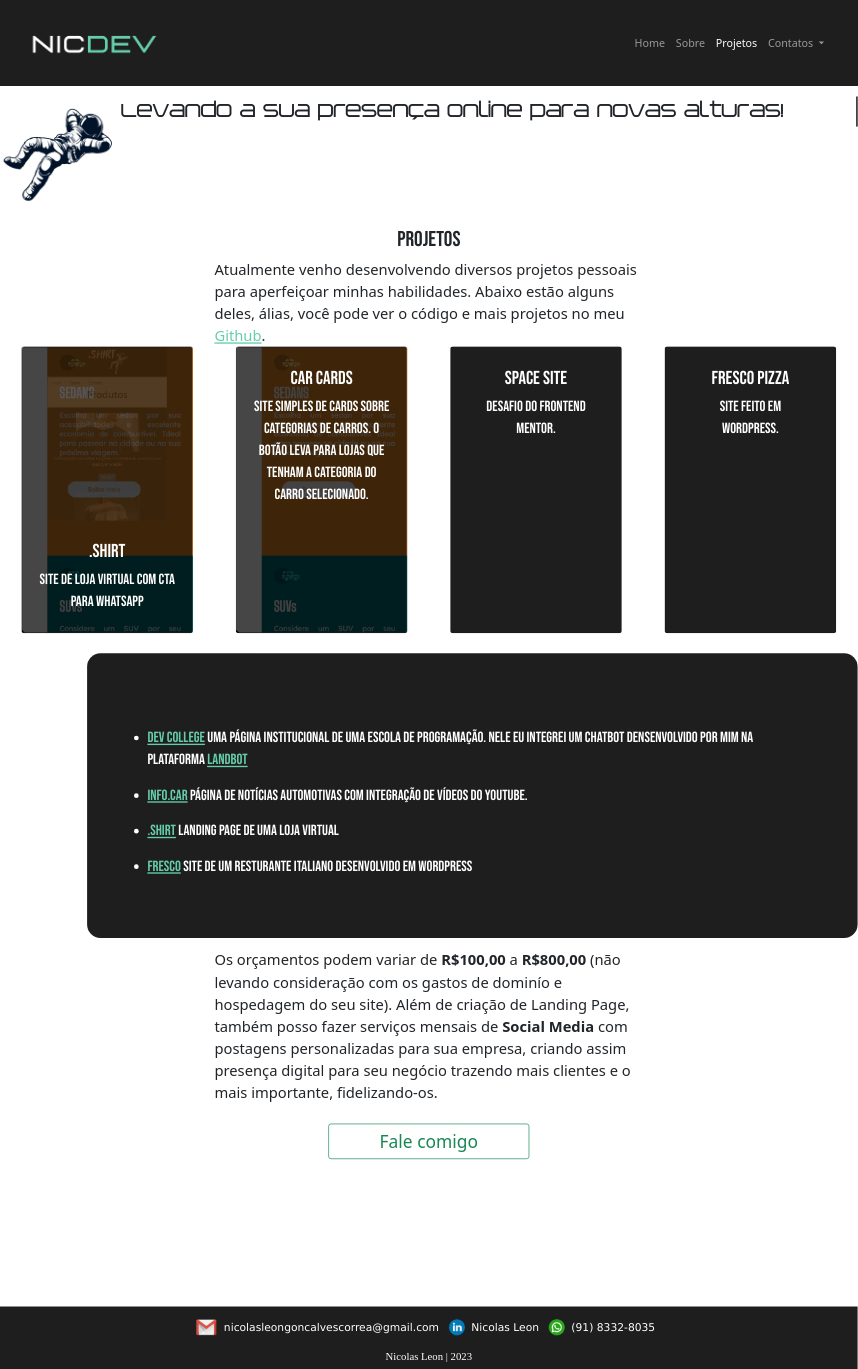
Repository: Leonngc/nicdev
Page: projects.html
An editor plug-in stored every save of this project. The page is shown before and after a run of saves, followed by the edit.
The browser window is 1280 px wide. The pictures show the whole page, at 67% of full size.

Above is the page before, as saved 2023-06-04 23:09:53.

### projects.html
<!DOCTYPE html>
<html lang="pt-br">
  <head>
    <meta charset="UTF-8" />
    <meta http-equiv="X-UA-Compatible" content="IE=edge" />
    <meta name="viewport" content="width=device-width, initial-scale=1.0" />
    <title>nicdev - Projetos</title>
    <!-- Google tag (gtag.js) -->
<script async src="https://www.googletagmanager.com/gtag/js?id=G-E2XWESC90Y"></script>
<script>
  window.dataLayer = window.dataLayer || [];
  function gtag(){dataLayer.push(arguments);}
  gtag('js', new Date());

  gtag('config', 'G-E2XWESC90Y');
</script>
    <link
      href="https://cdn.jsdelivr.net/npm/bootstrap@5.0.2/dist/css/bootstrap.min.css"
      rel="stylesheet"
      integrity="sha384-EVSTQN3/azprG1Anm3QDgpJLIm9Nao0Yz1ztcQTwFspd3yD65VohhpuuCOmLASjC"
      crossorigin="anonymous"
    />

    <link rel="stylesheet" href="styles/scrollbar.css" />
    <link rel="stylesheet" href="styles/footer.css" />
    <link rel="stylesheet" href="styles/projects.css"/>
    ">
  </head>
  <body>
    <header style="background-color: #1e1e1e; padding: 30px" class="fixed-top">
      <nav class="navbar navbar-expand-lg navbar-dark">
        <div class="container-fluid">
          <a class="navbar-brand" href="index.html"
            ><img
              src="images/nicdev-logo.png"
              alt="logo da NicDev"
              style="width: 200px"
          /></a>
          <button
            class="navbar-toggler"
            type="button"
            data-bs-toggle="collapse"
            data-bs-target="#navbarNavDropdown"
            aria-controls="navbarNavDropdown"
            aria-expanded="false"
            aria-label="Toggle navigation"
          >
            <span class="navbar-toggler-icon"></span>
          </button>
          <div
            class="collapse navbar-collapse justify-content-end"
            id="navbarNavDropdown"
          >
            <ul class="navbar-nav">
              <li class="nav-item">
                <a class="nav-link" href="index.html" target="_parent">Home</a>
              </li>
              <li class="nav-item">
                <a class="nav-link" href="about.html" target="_parent">Sobre</a>
              </li>
              <li class="nav-item">
                <a class="nav-link active disabled" href="#">Projetos</a>
              </li>
              <li class="nav-item dropdown">
                <a
                  class="nav-link dropdown-toggle"
                  href="#"
                  id="navbarDropdownMenuLink"
                  role="button"
                  data-bs-toggle="dropdown"
                  aria-expanded="false"
                >
                  Contatos
                </a>
                <ul
                  class="dropdown-menu"
                  aria-labelledby="navbarDropdownMenuLink"
                >
                  <li>
                    <a class="dropdown-item" href="https://wa.me/91983328035"
                      >WhatsApp
                      <img src="images/whatsapp.png" alt="" class="redes-logo"
                    /></a>
                  </li>
                  <li>
                    <a class="dropdown-item" href="mailto:nicolasleongoncalvescorre@gmail.com?Subject=Interesse%20em%20um%20website&Body=Ola%2C%20vi%20seu%20site%20de%20portfolio%20e%20fiquei%20interessado%20em%20fazer%20um%20or%E7amento.%0A%0A---obs%28Retornarei%20seu%20email%20em%20ate%2030%20minutos%29"
                      >Email
                      <img src="images/gmail (1).png" alt="" class="redes-logo"
                    /></a>
                  </li>
                  <li>
                    <a class="dropdown-item" href="https://www.linkedin.com/in/nicolas-leon-70038921b/"
                      >Linkedin
                      <img src="images/linkedin.png" alt="" class="redes-logo"
                    /></a>
                  </li>
                </ul>
              </li>
            </ul>
          </div>
        </div>
      </nav>
    </header>

  <div class="slogan-container">
    <img src="images/astronauta.png" alt="" class="astronauta"> <p class="slogan">Levando a sua presença online para novas alturas!</p>
  </div>
    <main>
      <h2>Projetos</h2>

      <p>Atualmente venho desenvolvendo diversos projetos pessoais para aperfeiçoar minhas habilidades. Abaixo estão alguns deles, álias, você pode ver o código  e mais projetos no meu <a href="https://github.com/Leonngc" target="_blank">Github</a>.</p>


      <section class="cards-container">
        <div class="card" id="card-0">
          <img src="images/2023-06-04 (1).png" alt="">
          <div class="info-card">
            <h3>.Shirt</h3>
            <p>Site de loja virtual com CTA para WhatsApp</p>
          </div>
        </div>
        <div class="card" id="card-0">
          <div class="info-card">
            <h3>
              Car Cards
            </h3>
            <p>Site simples de cards sobre categorias de carros. O botão leva para lojas que tenham a categoria do carro selecionado.</p>
          </div>
        </div>
        <div class="card" id="card-1">
          <div class="info-card">
            <h3>
              Space Site
            </h3>
            <p>Desafio do Frontend Mentor.</p>
          </div>
        </div>
        <div class="card" id="card-2">
          <div class="info-card">
            <h3>
              Fresco Pizza
            </h3>
            <p>Site feito em Wordpress.</p>
          </div>
        </div>
      </section>




      <ul>
        <li><a href="https://leonngc.github.io/dev-college/" target="_blank">Dev College</a> Uma página institucional de uma escola de programação. Nele eu integrei um chatbot  densenvolvido por mim na plataforma <a href="https://landbot.io/" target="_blank">Landbot</a>
        </li>
        <li>
          <a href="https://leonngc.github.io/projeto-info.car/" target="_blank">Info.Car</a> página de notícias automotivas com integração de vídeos do Youtube.
        </li>

        <li>
          <a href="https://leonngc.github.io/projeto-shirt/" target="_blank">.Shirt</a> Landing Page de uma loja virtual
        </li>

        <li>
          <a href="https://pizzasitewp.netlify.app/" target="_blank">Fresco</a> Site de um resturante italiano desenvolvido em Wordpress
        </li>

      </ul>

      <p>Os orçamentos podem variar de <strong>R$100,00</strong> a <strong>R$800,00</strong> (não levando consideração com os gastos de dominío e hospedagem do seu site). Além de criação de Landing Page, também posso fazer serviços mensais de <strong>Social Media</strong> com postagens personalizadas para sua empresa, criando assim presença digital para seu negócio trazendo mais clientes e o mais importante, fidelizando-os.</p>
      <a href="https://wa.me/91983328035" target="_blank"><button type="button" class="btn btn-outline-success" style="width: 300px; font-size: 26px; margin-bottom: 20px; margin-top: 30px;">Fale comigo</button></a>
    </main>

    <footer>
      <p><img src="images/gmail.png" alt=""><a href="mailto:nicolasleongoncalvescorre@gmail.com?Subject=Interesse%20em%20um%20website&Body=Ola%2C%20vi%20seu%20site%20de%20portfolio%20e%20fiquei%20interessado%20em%20fazer%20um%20or%E7amento.%0A%0A---obs%28Retornarei%20seu%20email%20em%20ate%2030%20minutos%29">nicolasleongoncalvescorrea@gmail.com</a> <img src="images/linkedin.png" alt=""><a href="https://www.linkedin.com/in/nicolas-leon-70038921b/">Nicolas Leon</a> <img src="images/whatsapp.png" alt=""><a href="https://wa.me/91983328035" target="_blank">(91) 8332-8035</a></p>
      <p class="rights">Nicolas Leon | 2023</p>
    </footer>
    <script
      src="https://cdn.jsdelivr.net/npm/bootstrap@5.0.2/dist/js/bootstrap.bundle.min.js"
      integrity="sha384-MrcW6ZMFYlzcLA8Nl+NtUVF0sA7MsXsP1UyJoMp4YLEuNSfAP+JcXn/tWtIaxVXM"
      crossorigin="anonymous"
    ></script>
  </body>
</html>

### styles/scrollbar.css
body{
    overflow-x: hidden;
}
body::-webkit-scrollbar {
    width: 6px;               /* width of the entire scrollbar */
  }

  body::-webkit-scrollbar-track {
    background: rgb(5, 5, 5);        /* color of the tracking area */
  }

  body::-webkit-scrollbar-thumb {
    background-color: #4BC6B9;    /* color of the scroll thumb */
    border-radius: 20px;       /* roundness of the scroll thumb */
  }

  .redes-logo{
    width: 30px;
    padding: 6px;
  }

### styles/footer.css
footer{
    background-color: #1e1e1e;;
    text-align: center;
    margin-top: 200px;
    padding: 15px;
    height: 13vh;
}

footer > p  a{
    padding: 10px;
    text-decoration: none;
    color: white;
    font-family: 'Lucida Sans', 'Lucida Sans Regular', 'Lucida Grande', 'Lucida Sans Unicode', Geneva, Verdana, sans-serif;
}

footer > p > a:hover{
    color: #66CDAA;
    transition: 1s;
}

.rights{
    color: white;
    font-family: 'Times New Roman', Times, serif;
}
 @media screen and (max-width:900px) {
    footer{
        margin-top: 100px;
        height: 16vh;
        word-wrap: break-word;
    }
    footer > p > a{
        color: #d1d5d4;
    }
 }

### styles/projects.css
@import url('https://fonts.googleapis.com/css2?family=Bebas+Neue&display=swap'); /* CDN GOOGLE  FONT */
@import url('https://cdn-uicons.flaticon.com/uicons-solid-straight/css/uicons-solid-straight.css'); /* CDN ICON*/
@font-face {
    font-family: Lastica;
    src: url(../fonts/instrg.ttf);
}

@keyframes typewriter {
    from {
      width: 0%;
    }
    to {
      width: 50%;
    }
  }
  @keyframes blink {
    from {
      border-color: black;
    }
    to {
      border-color: transparent;
    }
  }

*{
    max-width: 100vw;
}

:root{
 --bebas-neue : 'Bebas Neue', cursive;
}

body{
    max-width: 100vw;
    overflow-x: hidden;
}

main{
    margin-top: 150px;
    text-align: center;
}

.slogan-container{
  margin-top: 120px;
}


.slogan{
    font-family: Lastica, sans-serif;
    font-weight: bold;
    font-size: 30px;
    overflow: hidden;
    animation: typewriter 2s steps(15) alternate,
      blink 800ms steps(15)  normal;
    border-right: 2px solid black;
}

.astronauta{
    width: 180px;
    float: left;
}

h2{
    font-family: var(--bebas-neue);
    text-align: center
}

main > p{
    text-align: start;
    margin: auto;
    width: 50vw;
    font-size: 22px;
}

main > ul{
    font-family: var(--bebas-neue);
    font-size: 22px;
    margin-left: 130px;
    margin-top: 30px;
    background-color: #1e1e1e;
    color: white;
    padding: 90px;
    border-radius: 20px;
    text-align: left;
}

main a{
    color: #66CDAA;
}

main > ul > li{
  margin-top: 20px;
}

li > img{
    width: 600px;
    padding: 50px;
}

.cards-container{
  display: flex;
  flex-wrap: wrap;
  justify-content: space-around;
}

.card{
  background-color: #1e1e1e;
  align-items: center;
  width: 20%;
}

.card > img{
  width: 70%;
  filter: opacity(10%);
}

#card-0{
  background-image: url(../images/carcards.png);
  background-repeat: no-repeat;
  background-size: cover;
  box-shadow: inset 0 0 0 50vw rgba(0, 0, 0, 0.727);

}

.info-card{
  color: white;
  font-family: var(--bebas-neue);
  text-align: center;
  padding: 30px 0 30px;
}

.info-card > p{
  width: 80%;
  margin: auto;
  font-size: 22px;
}

@media screen and (max-width:900px){
    .astronauta{
        width: 100px;
    }
    .slogan{
        font-size: 12px;
        padding: 20px;
    }
    h2{
    margin: auto;
    }
    main{
      margin-top: 100px;
    }
   main > p{
    width: 90vw;
   }

   main > ul{
    margin: auto;
    margin-top: 30px;
    margin-bottom: 30px;
    font-size: 18px;
    padding: 30px;
   }

   main > ul > li{
    padding: 16px;
   }
}

After the next 2 saves:
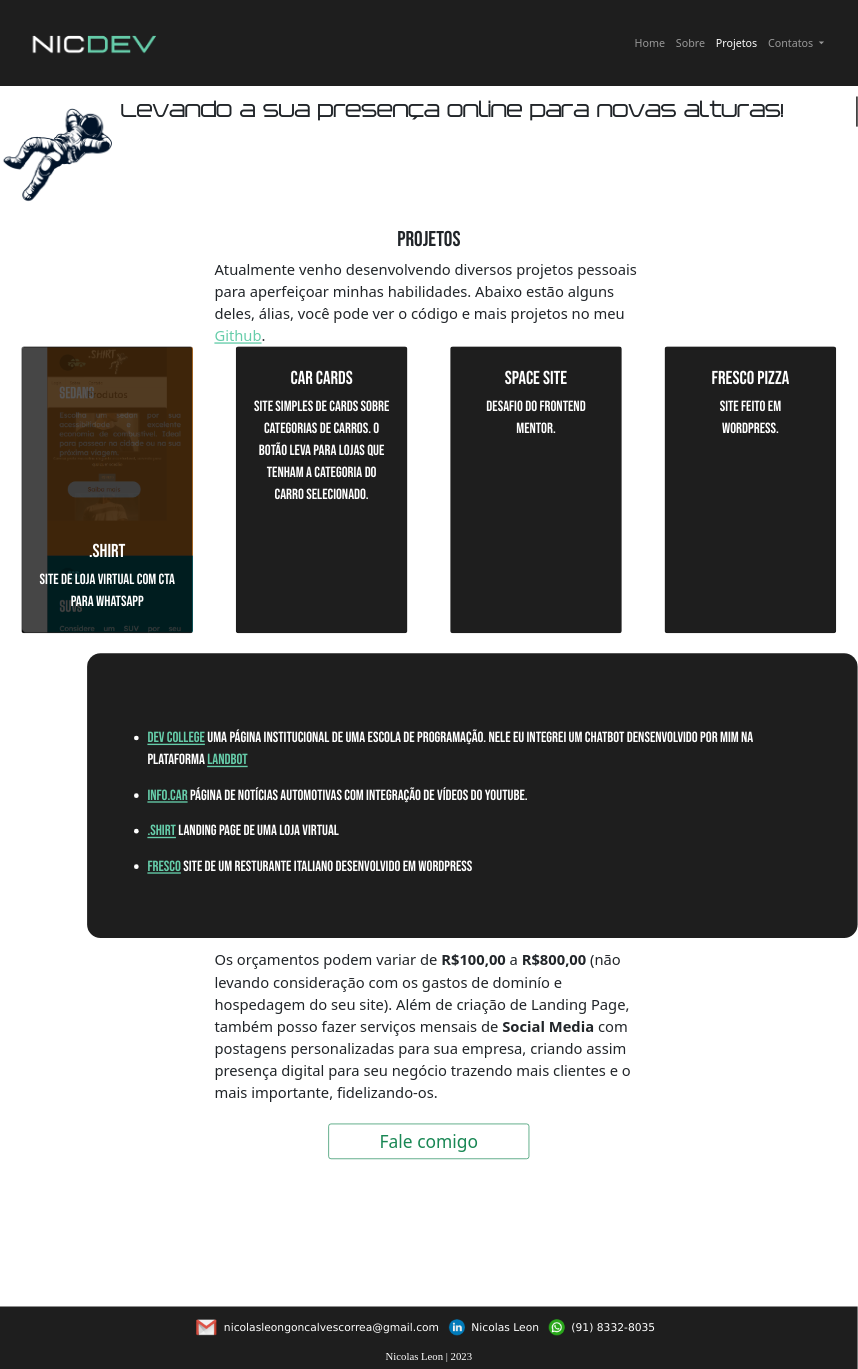
The 2 saves are shown as one change because they came seconds apart.
The last was saved 7 s later.
--- a/projects.html
+++ b/projects.html
@@ -119,7 +119,7 @@
             <p>Site de loja virtual com CTA para WhatsApp</p>
           </div>
         </div>
-        <div class="card" id="card-0">
+        <div class="card" id="card-1">
           <div class="info-card">
             <h3>
               Car Cards
@@ -127,7 +127,7 @@
             <p>Site simples de cards sobre categorias de carros. O botão leva para lojas que tenham a categoria do carro selecionado.</p>
           </div>
         </div>
-        <div class="card" id="card-1">
+        <div class="card" id="card-2">
           <div class="info-card">
             <h3>
               Space Site
